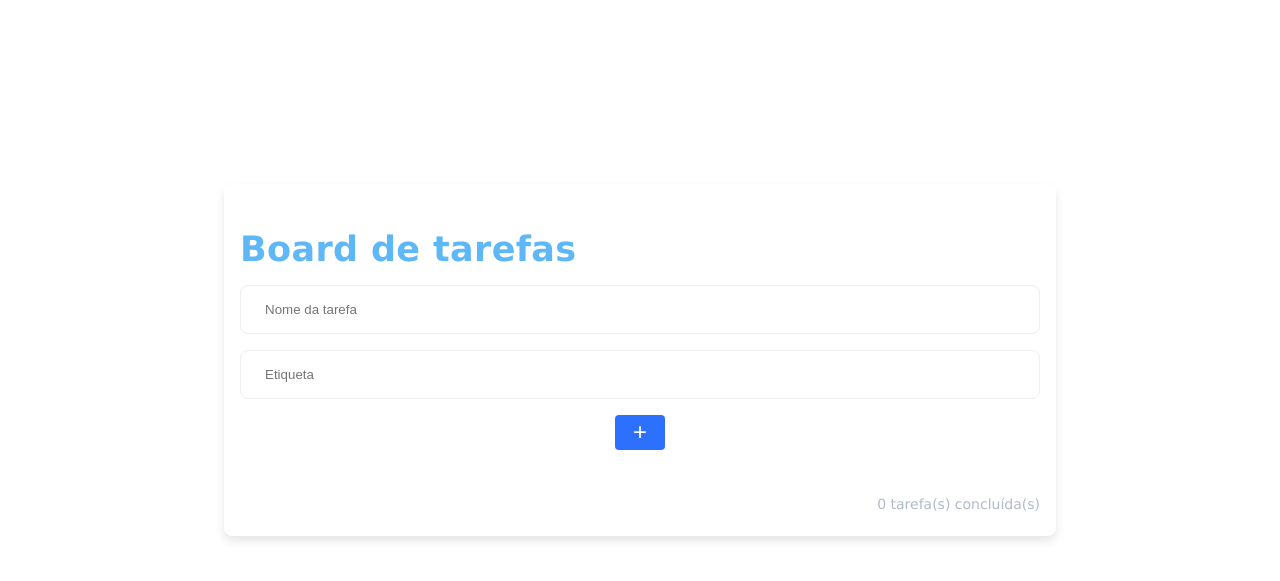
Repository: elasoares/RID187500_Desafio3
Page: index.html
These files come from the project's save history. The page is drawn as it stood at one moment and after the next save; the edit follows.
The browser window is 1280 px wide. The pictures show the whole page.

Above is the page before, as saved 2024-12-03 19:38:29.

### index.html
<!DOCTYPE html>
<html lang="pt">
<head>
    <meta charset="UTF-8">
    <meta name="viewport" content="width=device-width, initial-scale=1.0">
    <title>To-Do</title>
    <link rel="stylesheet" href="style.css">
<body>
    <main>
        <header>
            <h1>Board de tarefas</h1>
        </header>
        <section id="create-todo-section">
            <form id="create-todo-form">
                <input
                type="text"
                id="descricao"
                name="descricao"
                placeholder="Nome da tarefa"
                aria-label="Nome da tarefa"
                class="input-nome-tarefa"
            />
            <input
                type="text"
                id="etiqueta"
                name="etiqueta"
                placeholder="Etiqueta"
                aria-label="Etiqueta"
                class="input-etiqueta"
            />
            <div class="container-btn">
                <button type="submit" aria-label="Cadastrar tarefa" class="add-tarefa-btn">+</button>
            </div>
            </form>
        </section>
        <section class="todo-list-section">
            <ul id="todo-list">
            </ul>
        </section>
        <footer id="todo-footer">

        </footer>
    </main>
    <script src="js.js"></script>
</body>
</html>

### style.css
html {
    width: 100%;
    height: auto;

    box-sizing: border-box;
    font-size: 10px;
    font-family: 'Lucida Sans Regular', 'Lucida Grande', 'Lucida Sans Unicode';
}

body {
    width: 100%;
    height: 100vh;
    margin: 0;
    padding: 0;
    display: flex;
    justify-content: center;
    align-items: center;
}

header{
    width: 100%;
}

    h1 {
    font-family: 'Lucida Sans Regular', 'Lucida Grande', 'Lucida Sans Unicode';
    font-size: 32px;
    font-weight: 600;
    line-height: 37.92px;
    letter-spacing: 0.01em;
    text-align: left;
    text-underline-position: from-font;
    text-decoration-skip-ink: none;
    color: #000;
}

main {
    width: 100%;
    height: auto;
    max-width: 42rem;
    background-color: #fff;
    border-radius: 0.8rem;
    padding: 3rem 2.4rem;
    box-shadow: 0 0.5rem 1rem rgba(0, 0, 0, 0.1);
    display: flex;
    justify-content: flex-start;
    align-items: center;
    flex-direction: column;

}


.todo-list-section {
    display: flex;
    flex-direction: column;
    align-items: center;
    justify-content: center;
    width: 100%;
    height: auto;
    gap: 8px;
}

.todo-list-section ul {
    padding-inline-start: 0;
    height: 20rem;
    overflow: auto;
    width: 100%;
    display: flex;
    flex-direction: column;
    align-items: center;
    justify-content: center;
    height: auto;
    gap: 8px;
}

.todo-list-section ul li {
    width: 80%;
    height: 120px;
    padding: 24px 32px 24px 32px;
    margin-top: 5px;
    border-radius: 16px;
    border: 1px solid #EEEEEE;
    list-style: none;
    display: flex;
    flex-direction: column;
    align-items: flex-start;
    justify-content: center;
    gap: 16px;
}

.todo-list-section ul li:last-child {
    margin-bottom: 0;
}



.complete-task-btn {
    background: #2D70FD;
    width: 121px;
    height:44px;
    padding: 12px 24px 12px 24px;
    gap: 8px;
    border-radius: 4px;
    border: 1px solid #2D70FD;
    color: #fff;
    font-family: 'Lucida Sans Regular', 'Lucida Grande', 'Lucida Sans Unicode';
    font-size: 18px;
    font-weight: 500;
    text-align: center;
    align-self: center;
}




#create-todo-section {
    width: 100%;
    height: 150px;
    display: flex;
    flex-direction: column;
    align-items: flex-start;
    justify-content: center;
}

#create-todo-form {
    font-size: 1.6rem;
    display: flex;
    flex-direction: column;
    width: 100%;
    gap: 16px;
}
input{
    width: Fill (311px)px;
    height: Fixed (50px)px;
    padding: 16px 24px 16px 24px;
    gap: 10px;
    border-radius: 8px;
    border: 1px solid #EEEEEE

}

input:focus {
    border: 1px solid #5eb7f6;
}



.container-btn{
    display: flex;
    align-items: center;
    justify-content: center;
    width: 100%;
}

.add-tarefa-btn {
    width: 100%;
    height: 4rem;
    color: #fff;
    background-color: #2D70FD;
    border-radius: 4px;
    font-size: 2.4rem;
    cursor: pointer;
    border: none;
}

.add-tarefa-btn:hover {
    opacity: 0.8;
}


.task-details{
    display: flex;
    align-items: flex-start;
    justify-content: center;
    flex-direction: column;
    gap: 5px;
}

.task-text{
    font-family: 'Lucida Sans Regular', 'Lucida Grande', 'Lucida Sans Unicode';
    font-size: 1.5rem;
    font-weight: 500;
    line-height: 17.6px;
    letter-spacing: 0.01em;
    text-underline-position: from-font;
    text-decoration-skip-ink: none;

}

.todo-item.completed .task-text {
    text-decoration: line-through;
    color: #bbbbbb;
    font-family: 'Lucida Sans Regular', 'Lucida Grande', 'Lucida Sans Unicode';
    font-size: 1.5rem;
    font-weight: 500;
    line-height: 17.6px;
    letter-spacing: 0.01em;
    text-decoration-line: line-through;
    text-underline-position: from-font;
    text-decoration-skip-ink: none;

}

.todo-item.completed .task-completed-icon {
    font-size: 1.6rem;
    color: #fff;
    align-self: center;
    width: 32px;
    height: 32px;
    border-radius: 32px;
    background: #00D8A7;
    display: flex;
    align-items: center;
    justify-content: center;
}

.task-label {
    width: 67px;
    height: 21px;
    border-radius: 16px;
    border: 1px 0px 0px 0px;
    background: #FFFFFF;
    font-size: 1.2rem;
    border: 1px solid #b2bec3;
    display: flex;
    align-items: center;
    justify-content: center;
    color: #b2bec3;
}

.task-date {
    font-size: 1.2rem;
    color: #b2bec3;
    margin-top: 0.4rem;
}

.tasks-progress{

}

#todo-footer {
    width: 100%;
    display: flex;
    justify-content: flex-end;
    font-size: 1.6rem;
    align-items: flex-end;
    height: 50px;
    font-size: 1.4rem;
    color: #B1BACB;
    ;
}

@media (min-width: 768px) {
    main {
        max-width: 50rem;
        padding: 2.4rem 1.6rem;
    }

    h1 {
        color: #da5c3e;
    }

    .todo-list-section ul li {
        font-size: 1.5rem;
    }

    .add-tarefa-btn {
        width: 5rem;
        height: 3.5rem;
    }

    #nome-tarefa {
        font-size: 1.5rem;
    }
    .remove-done-task-btn {
        font-size: 1.5rem;
        padding: 0 1rem;
    }
}

@media (min-width: 980px) {
    main {
        max-width: 80rem;
        padding: 2.4rem 1.6rem;
    }
    h1 {
        font-size: 3.5rem;
        color: #5eb7f6;
    }

    .remove-done-task-btn {
        font-size: 1.8rem;
        padding: 0 1rem;
    }
}

### js.js
const createTaskListItem = (tarefa) => {
    const lista = document.getElementById("todo-list");

    const toDo = document.createElement('li');
    toDo.className = `todo-item ${tarefa.checado ? 'completed' : ''}`;
    toDo.id = tarefa.id;

    // Criar o conteúdo da tarefa
    const taskDetails = document.createElement('span');
    taskDetails.className = 'task-details';
    taskDetails.innerHTML = `
        <span class="task-text ${tarefa.checado ? 'completed-text' : ''}">${tarefa.descricao}</span>
        <span class="task-label">${tarefa.etiqueta}</span>
        <span class="task-date">Criado em: ${tarefa.data}</span>

    `;


    if (!tarefa.checado) {
        const completeButton = document.createElement('button');
        completeButton.textContent = 'Concluir';
        completeButton.className = 'complete-task-btn';
        completeButton.onclick = () => markTaskAsCompleted(tarefa.id);

        toDo.appendChild(taskDetails);
        toDo.appendChild(completeButton);
    } else {
        const completedIcon = document.createElement('span');
        completedIcon.textContent = '✔';
        completedIcon.className = 'task-completed-icon';

        toDo.appendChild(taskDetails);
        toDo.appendChild(completedIcon);
    }

    lista.appendChild(toDo);
};

const markTaskAsCompleted = (taskId) => {
    const tarefas = getTasksFromLocalStorage();
    const updatedTasks = tarefas.map((task) => {
        if (task.id === taskId) {
            task.checado = true;
        }
        return task;
    });

    setTaskInLocalStorage(updatedTasks);


    const taskElement = document.getElementById(taskId);
    if (taskElement) {
        taskElement.remove();
    }
    const tarefa = updatedTasks.find((task) => task.id === taskId);
    createTaskListItem(tarefa);

    renderTaskProgressData(updatedTasks);
};

const getTasksFromLocalStorage = () => {
    const localTasks = JSON.parse(window.localStorage.getItem('tasks'));
    return localTasks ? localTasks : [];
};

const setTaskInLocalStorage = (tarefas) => {
    window.localStorage.setItem('tasks', JSON.stringify(tarefas));
};

const renderTaskProgressData = (tasks) => {
    const tasksProgress = document.getElementById('tasks-progress') || document.createElement('span');
    tasksProgress.id = 'tasks-progress';

    const doneTasks = tasks.filter(({ checado }) => checado).length;
    const totalTasks = tasks.length;

    tasksProgress.textContent = `${doneTasks} tarefa(s) concluída(s)`;
    document.getElementById('todo-footer').appendChild(tasksProgress);
};

const createTask = (event) => {
    event.preventDefault();

    const descricao = event.target.elements.descricao.value;
    const etiqueta = event.target.elements.etiqueta.value;
    const id = new Date().getTime();
    const data = new Date().toLocaleDateString();
    const checado = false;

    const newTask = { id, descricao, etiqueta, data, checado };

    const tarefas = getTasksFromLocalStorage();
    const updatedTasks = [...tarefas, newTask];
    setTaskInLocalStorage(updatedTasks);

    createTaskListItem(newTask);
    event.target.reset(); // Limpar o formulário
    renderTaskProgressData(updatedTasks);
};

window.onload = () => {
    const form = document.getElementById('create-todo-form');
    form.addEventListener('submit', createTask);

    const tarefas = getTasksFromLocalStorage();
    tarefas.forEach((tarefa) => createTaskListItem(tarefa));
    renderTaskProgressData(tarefas);
};

After the next save:
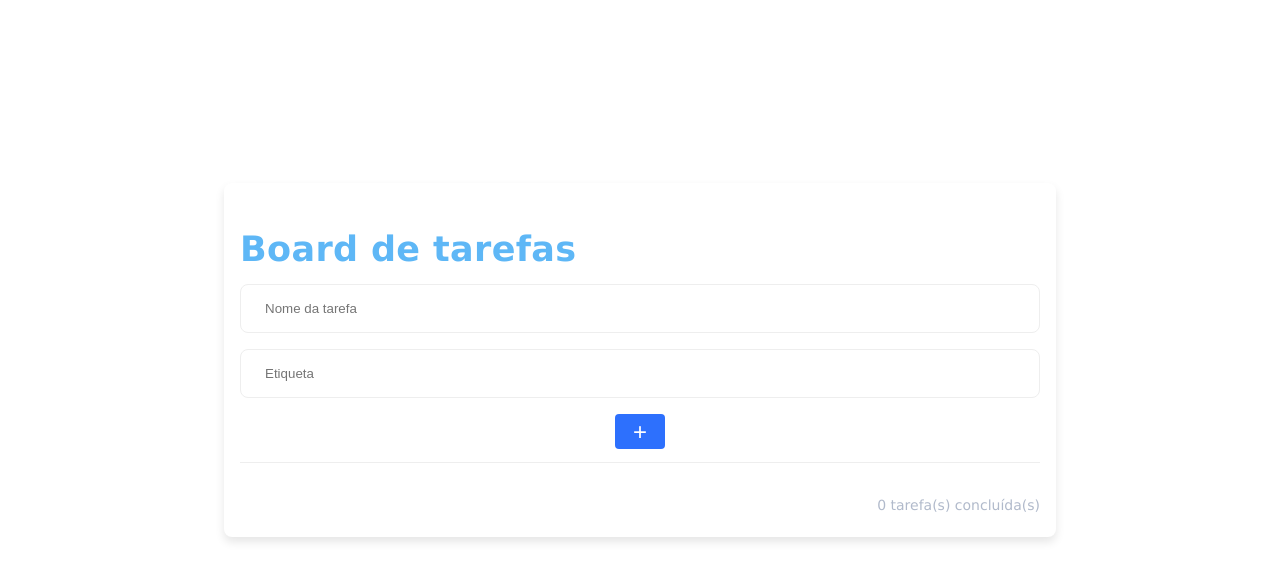
Saved 38 s later.
--- a/style.css
+++ b/style.css
@@ -233,9 +233,6 @@ input:focus {
     margin-top: 0.4rem;
 }
 
-.tasks-progress{
-
-}
 
 #todo-footer {
     width: 100%;
@@ -246,7 +243,7 @@ input:focus {
     height: 50px;
     font-size: 1.4rem;
     color: #B1BACB;
-    ;
+    border-top:1px solid #EEEEEE
 }
 
 @media (min-width: 768px) {
